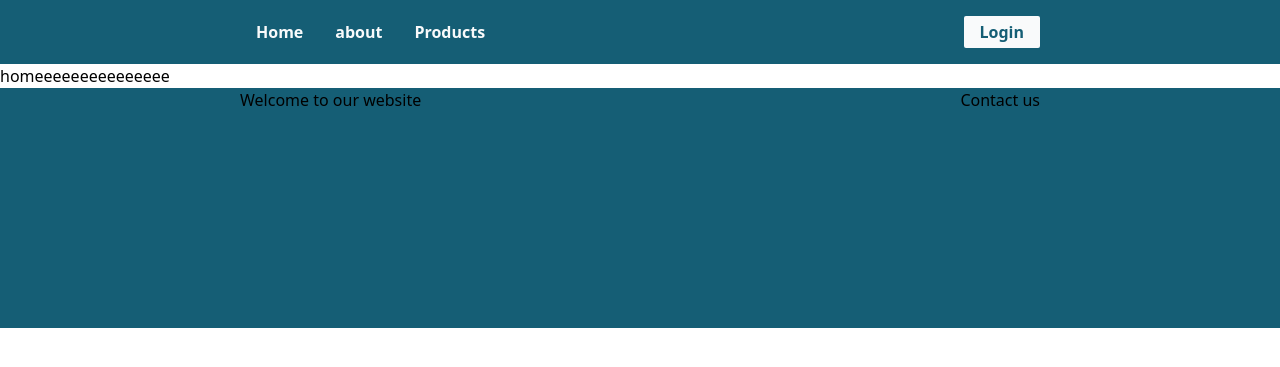
Repository: Sanaa00/svelte-test
Page: /
The author's editor kept a copy of each file at every save. The page is drawn from the files as they stood at one save, then again after the next save.
The browser window is 1280 px wide. The pictures show the whole page.
The project was rebuilt for these pictures with package versions that can differ from the ones it lists, and the page was loaded fresh each time. The framework's server and built-in components were replaced by stand-ins that run in the browser. Also part of the build but not shown: svelte.config.js, vite.config.js.

Above is the page before, as saved 2024-12-08 20:07:14.

### src/routes/+layout.svelte
<script>
	import '../app.css';
	// let { children } = $props();

	import Footer from '../component/Footer.svelte';
	import Navbar from '../component/Navbar.svelte';
</script>

<!-- {@render children()} -->
<Navbar />
<slot />
<Footer />

### src/routes/+page.svelte
homeeeeeeeeeeeeeee

### src/component/Footer.svelte
<script>
</script>

<main class="flex h-60 justify-between bg-cyan-800 px-60">
	<div>Welcome to our website</div>

	<div>Contact us</div>
</main>

### src/component/Navbar.svelte
<script>
</script>

<nav class="flex h-16 w-full items-center justify-between bg-cyan-800 px-60">
	<ul class="flex">
		<a href="/" class="px-4 font-semibold text-gray-50">Home</a>
		<a href="/About" class="px-4 font-semibold text-gray-50">about</a>
		<a href="/Product" class="px-4 font-semibold text-gray-50">Products</a>
	</ul>
	<button
		class="rounded-sm bg-gray-50 px-4 py-1 font-semibold text-cyan-800
           ">Login</button
	>
</nav>

### tailwind.config.js
import containerQueries from '@tailwindcss/container-queries';
import forms from '@tailwindcss/forms';
import typography from '@tailwindcss/typography';

/** @type {import('tailwindcss').Config} */
export default {
	content: ['./src/**/*.{html,js,svelte,ts}'],

	theme: {
		extend: {}
	},

	plugins: [typography, forms, containerQueries]
};

Loaded but not shown: src/app.html (common file); src/app.css (common file)

After the next save:
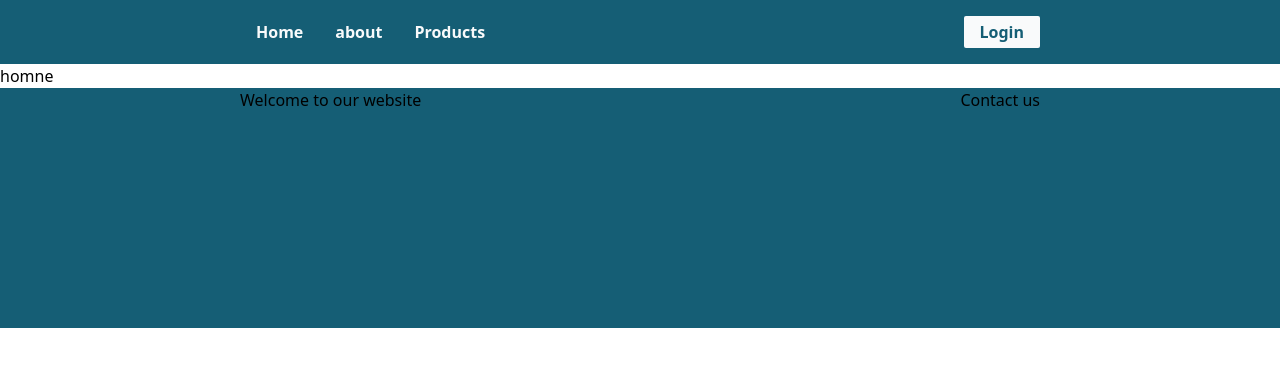
Saved 9 s later.
--- a/src/routes/+page.svelte
+++ b/src/routes/+page.svelte
@@ -1 +1 @@
-homeeeeeeeeeeeeeee
+homne
